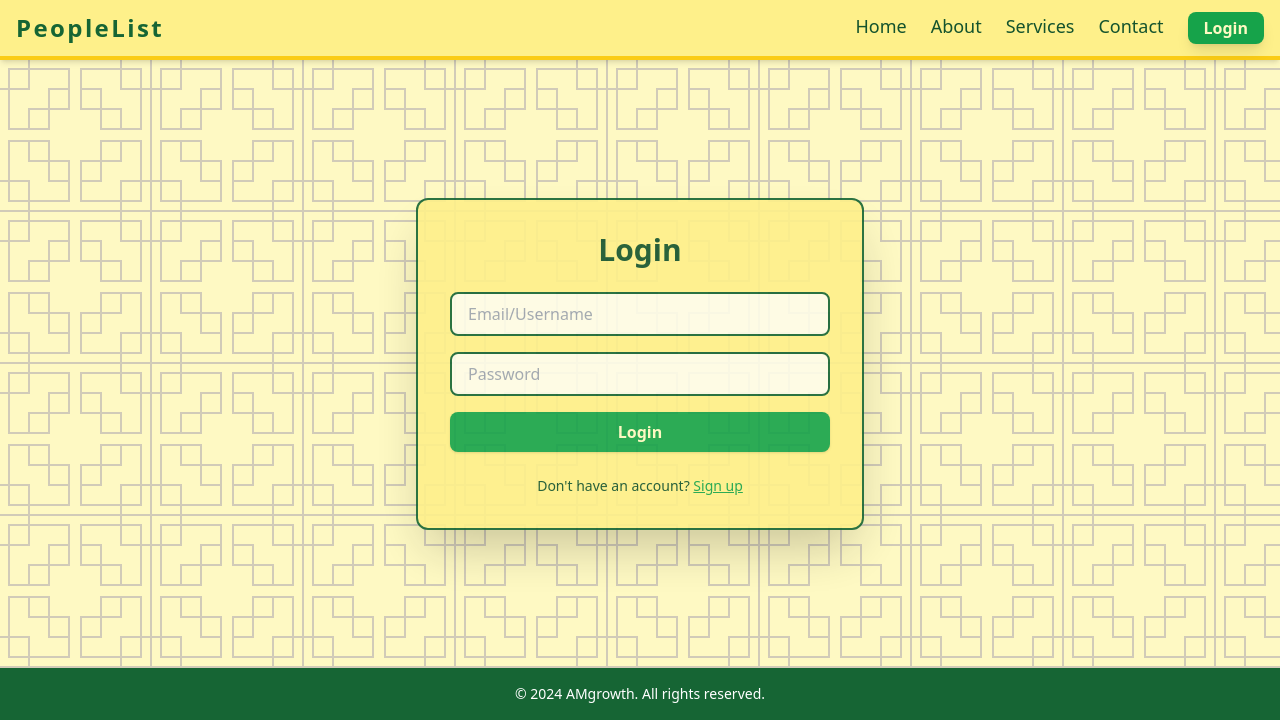
Repository: ArievfRahman-Dev/Mini-Project-II
Page: /login (app in miniproject2/)
An editor plug-in stored every save of this project. The page is shown before and after the next save, followed by the edit.
The browser window is 1280 px wide. The pictures show the whole page.
The project was rebuilt for these pictures with package versions that can differ from the ones it lists, and the page was loaded fresh each time. Also part of the build but not shown: miniproject2/vite.config.js, miniproject2/src/pages/HomePage/index.jsx, miniproject2/src/pages/DetailUser/index.jsx, miniproject2/src/pages/RegisterPages/index.jsx, miniproject2/src/routes/ProtectedRoute.jsx.

Above is the page before, as saved 2024-12-24 09:04:31.

After the next save:
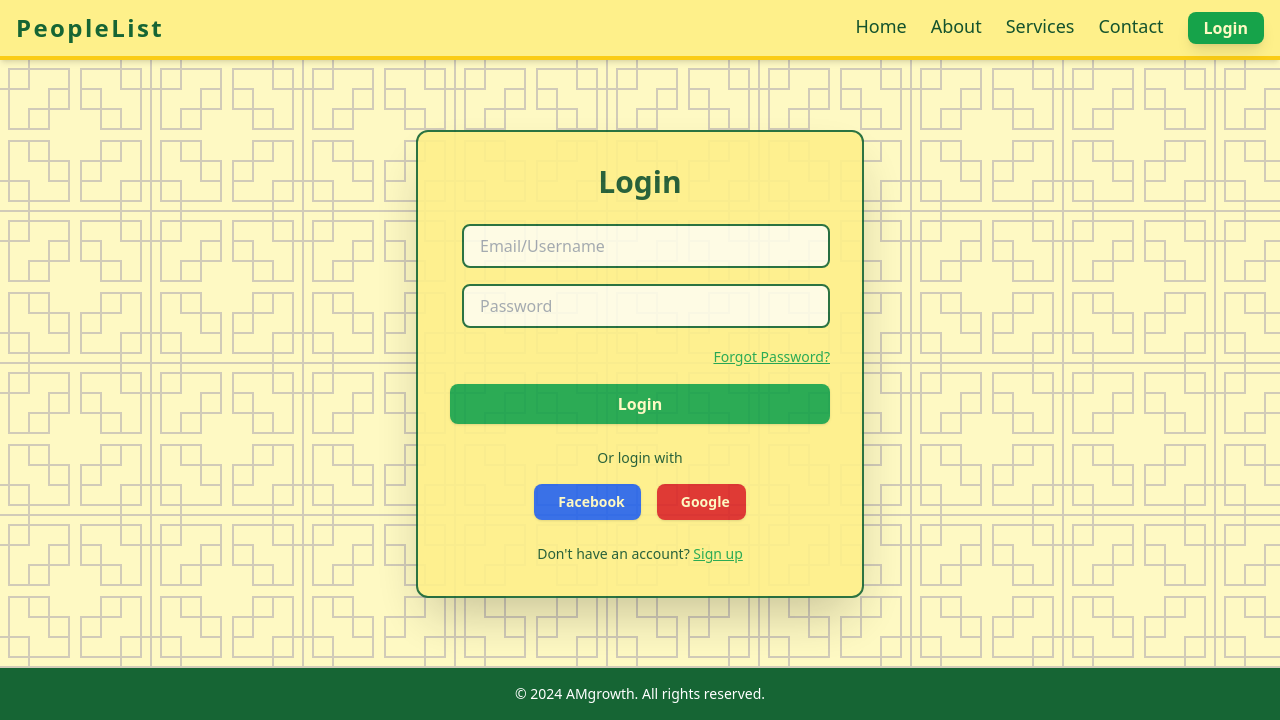
Saved 6 min 5 s later.
--- a/miniproject2/src/pages/LoginPage/index.jsx
+++ b/miniproject2/src/pages/LoginPage/index.jsx
@@ -46,13 +46,14 @@ export const LoginPage = () => {
     <div className="flex flex-col min-h-screen bg-yellow-100 ">
       <Navbar />
       <div className="flex items-center justify-center flex-1 p-4 bg-[url('data:[embedded picture, 899 characters]')] ">
-        <div className="w-full max-w-md p-8 bg-yellow-200 border-2 border-green-800 shadow-2xl opacity-90 rounded-xl ">
+        <div className="w-full max-w-md p-8 bg-yellow-200 border-2 border-green-800 shadow-2xl opacity-90 rounded-xl">
           <h1 className="mb-6 text-3xl font-bold text-center text-green-900 retro-font">
             Login
           </h1>
 
           <form>
-            <div className="mb-4 ">
+            <div className="mb-4 flex items-center">
+              <i className="fas fa-user text-green-800 mr-3"></i>
               <input
                 placeholder="Email/Username"
                 type="email"
@@ -61,7 +62,8 @@ export const LoginPage = () => {
                 className="w-full px-4 py-2 text-green-900 border-2 border-green-800 rounded-lg focus:outline-none focus:ring-2 focus:ring-yellow-400 bg-yellow-50"
               />
             </div>
-            <div className="mb-4">
+            <div className="mb-4 flex items-center">
+              <i className="fas fa-lock text-green-800 mr-3"></i>
               <input
                 placeholder="Password"
                 type="password"
@@ -69,6 +71,14 @@ export const LoginPage = () => {
                 onChange={handleChange}
                 className="w-full px-4 py-2 text-green-900 border-2 border-green-800 rounded-lg focus:outline-none focus:ring-2 focus:ring-yellow-400 bg-yellow-50"
               />
+            </div>
+            <div className="mb-4 text-right">
+              <a
+                href="/forgot-password"
+                className="text-sm text-green-600 underline hover:text-green-800"
+              >
+                Forgot Password?
+              </a>
             </div>
             {error && <p className="mb-4 text-sm text-red-500">{error}</p>}
             {success && (
@@ -87,6 +97,19 @@ export const LoginPage = () => {
               {loading ? "Loading..." : "Login"}
             </button>
           </form>
+          <div className="mt-6">
+            <p className="mb-4 text-sm text-center text-green-900">
+              Or login with
+            </p>
+            <div className="flex justify-center gap-4">
+              <button className="flex items-center px-4 py-2 text-sm font-semibold text-yellow-100 bg-blue-600 rounded-lg shadow hover:bg-blue-800">
+                <i className="fab fa-facebook mr-2"></i> Facebook
+              </button>
+              <button className="flex items-center px-4 py-2 text-sm font-semibold text-yellow-100 bg-red-600 rounded-lg shadow hover:bg-red-800">
+                <i className="fab fa-google mr-2"></i> Google
+              </button>
+            </div>
+          </div>
           <p className="mt-6 text-sm text-center text-green-900">
             Don't have an account?{" "}
             <Link
@@ -98,6 +121,7 @@ export const LoginPage = () => {
           </p>
         </div>
       </div>
+
       <Footer />
     </div>
   );
